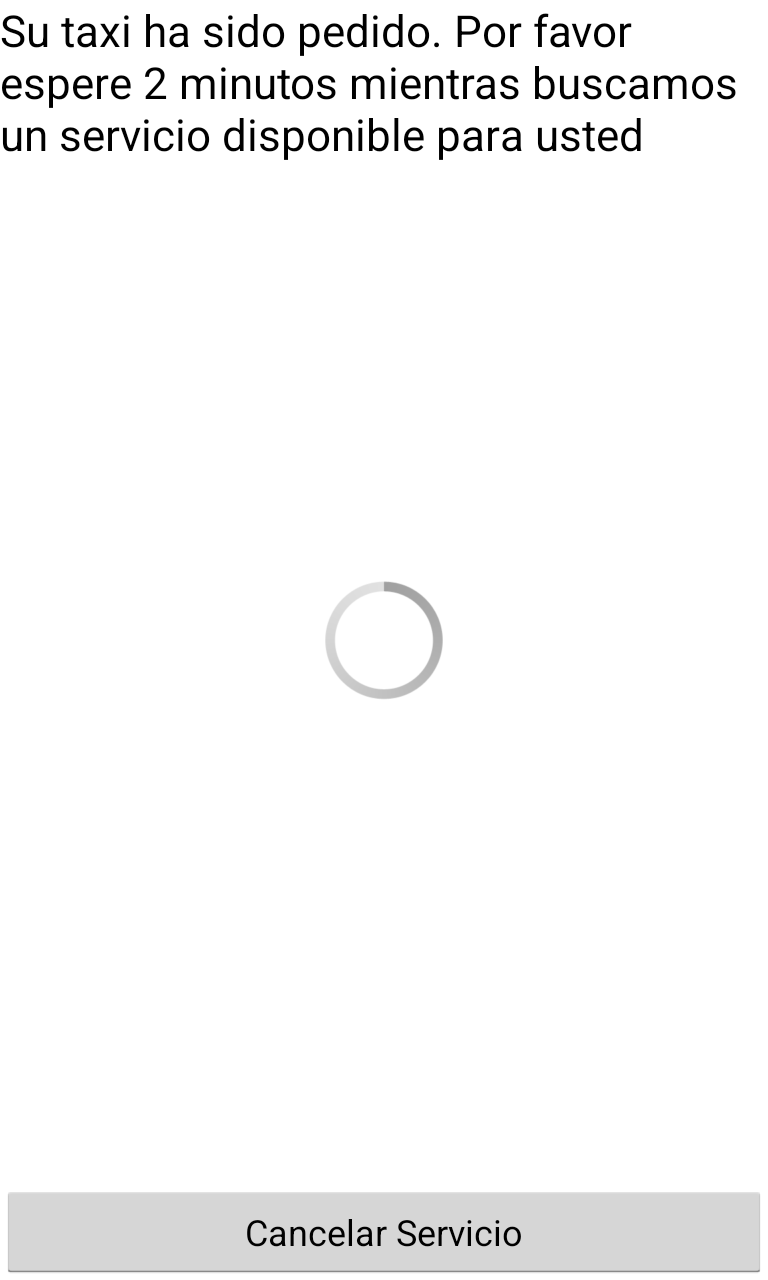
Repository: fernandohur/moviles
Layout: ClientePasajero/res/layout/activity_esperar_taxi.xml
An editor plug-in stored every save of this project. The layout is shown before and after the next save, followed by the edit.
It is drawn on a 768 x 1280 px phone screen (xhdpi) without system bars, with theme AppTheme; the app's code is not run.

Above is the layout before, as saved 2013-03-06 14:13:47.

After the next save:
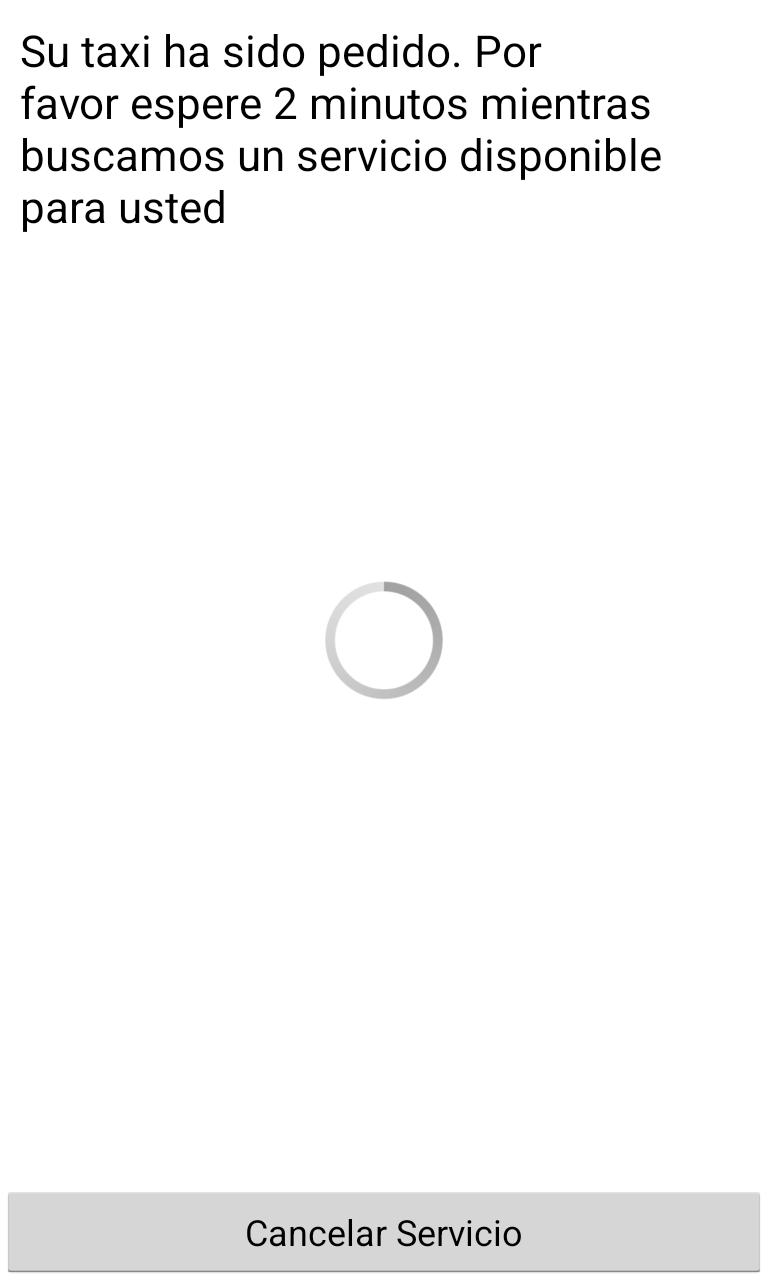
Saved 15 min 28 s later.
--- a/ClientePasajero/res/layout/activity_esperar_taxi.xml
+++ b/ClientePasajero/res/layout/activity_esperar_taxi.xml
@@ -8,9 +8,9 @@
         android:id="@+id/textView1"
         android:layout_width="wrap_content"
         android:layout_height="wrap_content"
-        android:layout_alignParentLeft="true"
-        android:layout_alignParentRight="true"
         android:layout_alignParentTop="true"
+        android:layout_centerHorizontal="true"
+        android:layout_margin="10dp"
         android:text="@string/txtFavorEspere"
         android:textAppearance="?android:attr/textAppearanceLarge" />
 
